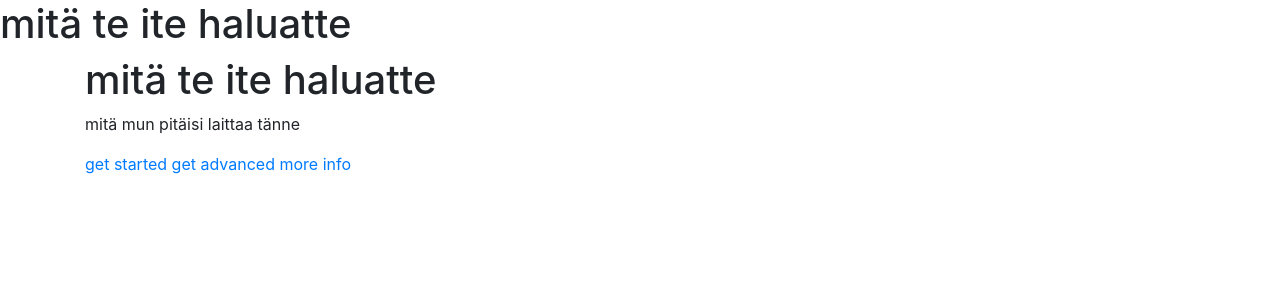
Repository: jessehapuli/jessehapuli.github.io
Page: Bootstrap/index.html
These files come from the project's save history. The page is drawn as it stood at one moment and after the next save; the edit follows.
The browser window is 1280 px wide. The pictures show the whole page.

Above is the page before, as saved 2024-04-24 09:23:47.

### Bootstrap/index.html
<!doctype html>
<html lang="en">
  <head>
    <!-- Required meta tags -->
    <meta charset="utf-8">
    <meta name="viewport" content="width=device-width, initial-scale=1, shrink-to-fit=no">

    <!-- Bootstrap CSS -->
    <link rel="stylesheet" href="https://cdn.jsdelivr.net/npm/bootstrap@4.6.2/dist/css/bootstrap.min.css" integrity="sha384-xOolHFLEh07PJGoPkLv1IbcEPTNtaed2xpHsD9ESMhqIYd0nLMwNLD69Npy4HI+N" crossorigin="anonymous">

    <title>Hello, world!</title>
  </head>
  <body>

    <h1>mitä te ite haluatte</h1>

    <section class="container" bg-dark>
      <h1>mitä te ite haluatte</h1>
      <p>mitä mun pitäisi laittaa tänne</p>
      <a href="">get started</a>
      <a href="">get advanced</a>
      <a href="">more info</a>
    </section>

    <!-- Optional JavaScript; choose one of the two! -->

    <!-- Option 1: jQuery and Bootstrap Bundle (includes Popper) -->
    <script src="https://cdn.jsdelivr.net/npm/jquery@3.5.1/dist/jquery.slim.min.js" integrity="sha384-DfXdz2htPH0lsSSs5nCTpuj/zy4C+OGpamoFVy38MVBnE+IbbVYUew+OrCXaRkfj" crossorigin="anonymous"></script>
    <script src="https://cdn.jsdelivr.net/npm/bootstrap@4.6.2/dist/js/bootstrap.bundle.min.js" integrity="sha384-Fy6S3B9q64WdZWQUiU+q4/2Lc9npb8tCaSX9FK7E8HnRr0Jz8D6OP9dO5Vg3Q9ct" crossorigin="anonymous"></script>

    <!-- Option 2: Separate Popper and Bootstrap JS -->
    <!--
    <script src="https://cdn.jsdelivr.net/npm/jquery@3.5.1/dist/jquery.slim.min.js" integrity="sha384-DfXdz2htPH0lsSSs5nCTpuj/zy4C+OGpamoFVy38MVBnE+IbbVYUew+OrCXaRkfj" crossorigin="anonymous"></script>
    <script src="https://cdn.jsdelivr.net/npm/popper.js@1.16.1/dist/umd/popper.min.js" integrity="sha384-9/reFTGAW83EW2RDu2S0VKaIzap3H66lZH81PoYlFhbGU+6BZp6G7niu735Sk7lN" crossorigin="anonymous"></script>
    <script src="https://cdn.jsdelivr.net/npm/bootstrap@4.6.2/dist/js/bootstrap.min.js" integrity="sha384-+sLIOodYLS7CIrQpBjl+C7nPvqq+FbNUBDunl/OZv93DB7Ln/533i8e/mZXLi/P+" crossorigin="anonymous"></script>
    -->
  </body>
</html>

After the next save:
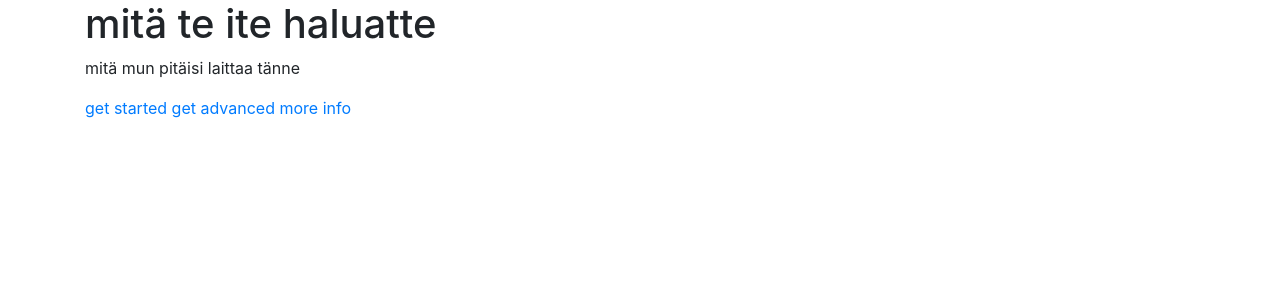
Saved 34 s later.
--- a/Bootstrap/index.html
+++ b/Bootstrap/index.html
@@ -11,8 +11,6 @@
     <title>Hello, world!</title>
   </head>
   <body>
-
-    <h1>mitä te ite haluatte</h1>
 
     <section class="container" bg-dark>
       <h1>mitä te ite haluatte</h1>
